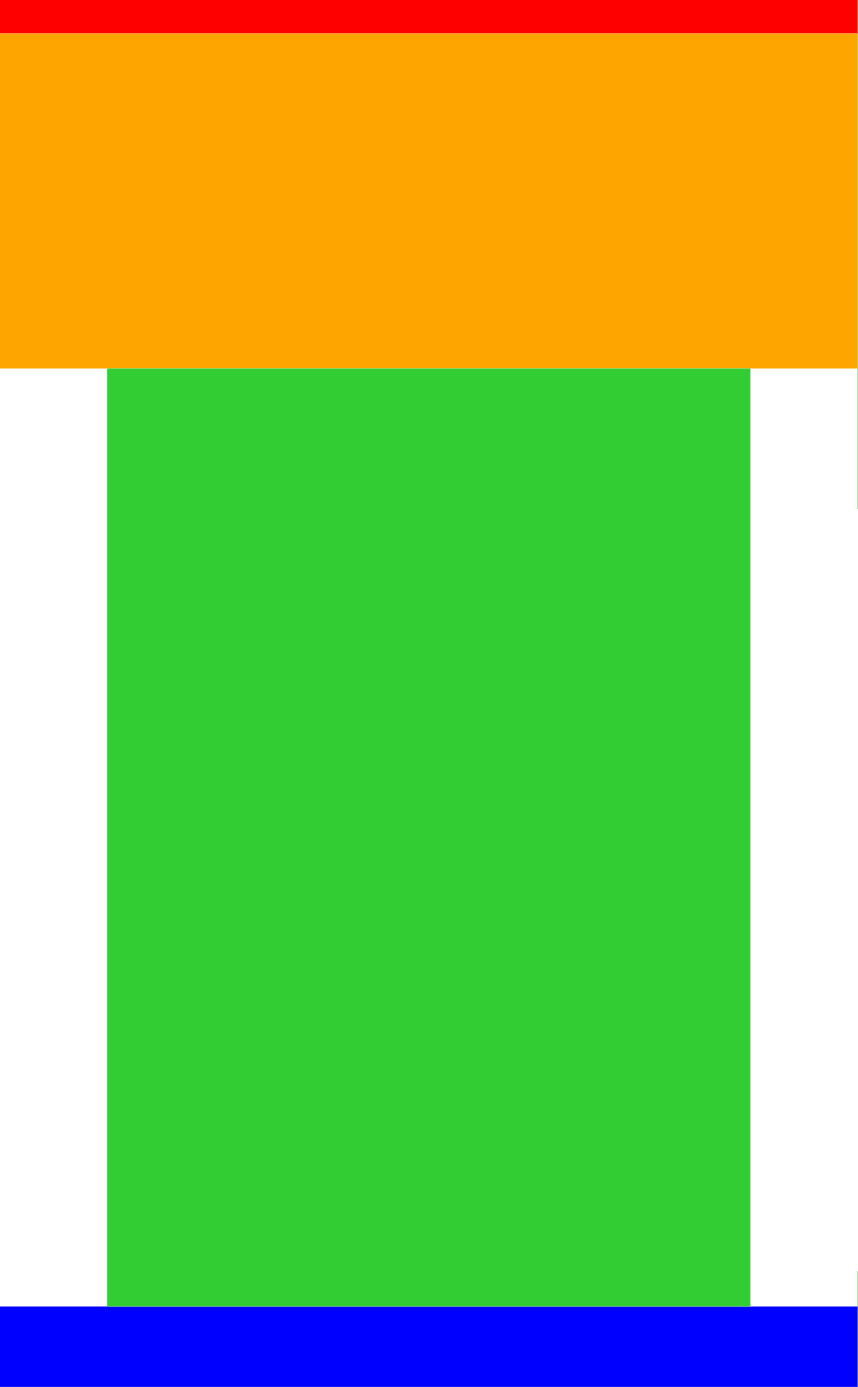
Repository: yuuyatada/API_sample_app
Page: htmlCP4/CP4index.html
The author's editor kept a record of every edit. The page is drawn from the files as they stood at one moment, then again after the next edit.
The browser window is 1280 px wide. The pictures show the whole page, at 67% of full size.

Above is the page before.

After the next edit:
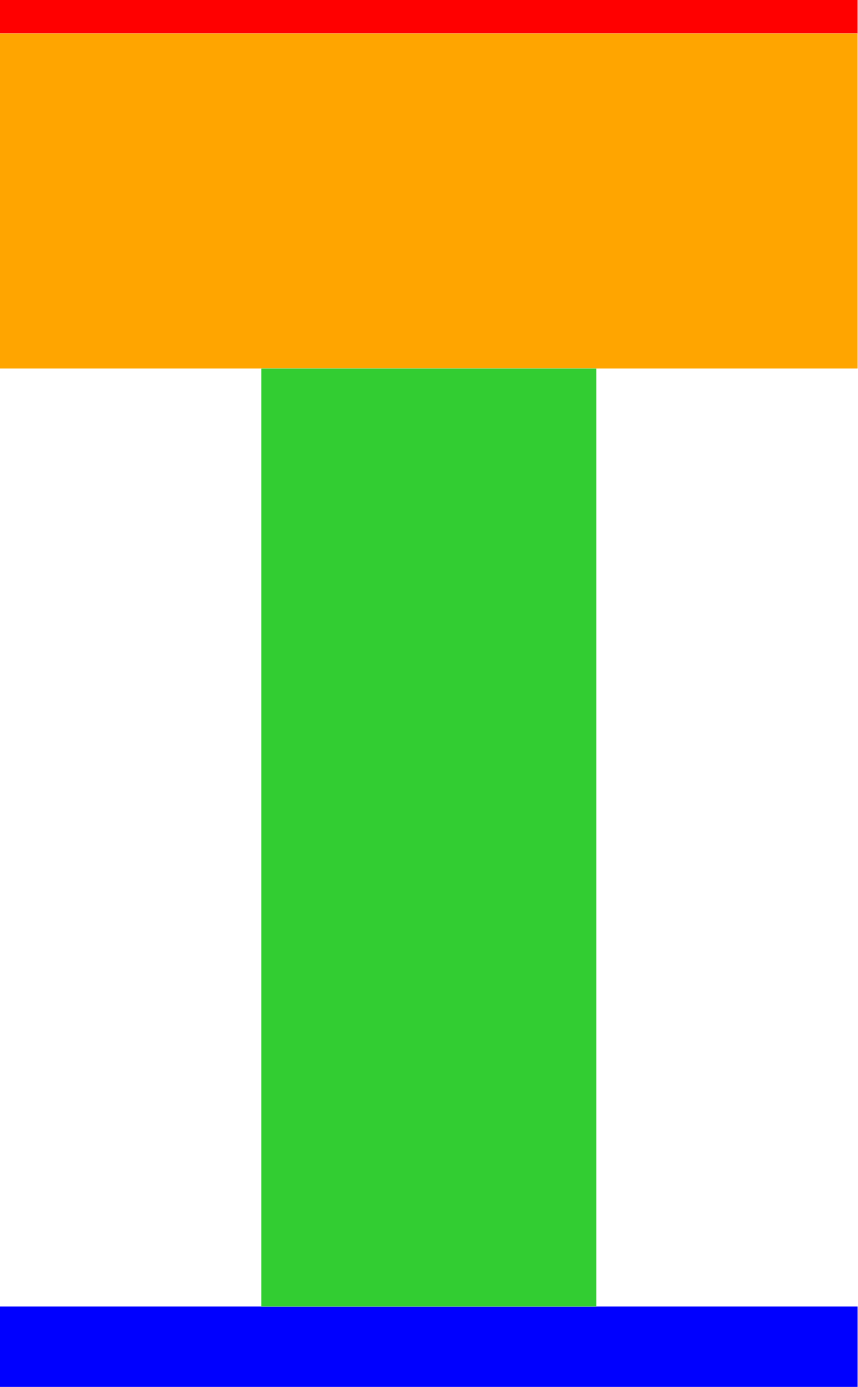
The edit:
--- a/htmlCP4/CP4style.css
+++ b/htmlCP4/CP4style.css
@@ -27,9 +27,9 @@
 }
 
 .blog{
-    width: 960px;/*横幅600px*/
-    height: 1400px;/*高さ1400px*/
-    background-color: limegreen;/*背景色にlimegreen*/
+    width: 500px;
+    height: 1400px;
+    background-color: limegreen;
 
 }
 
